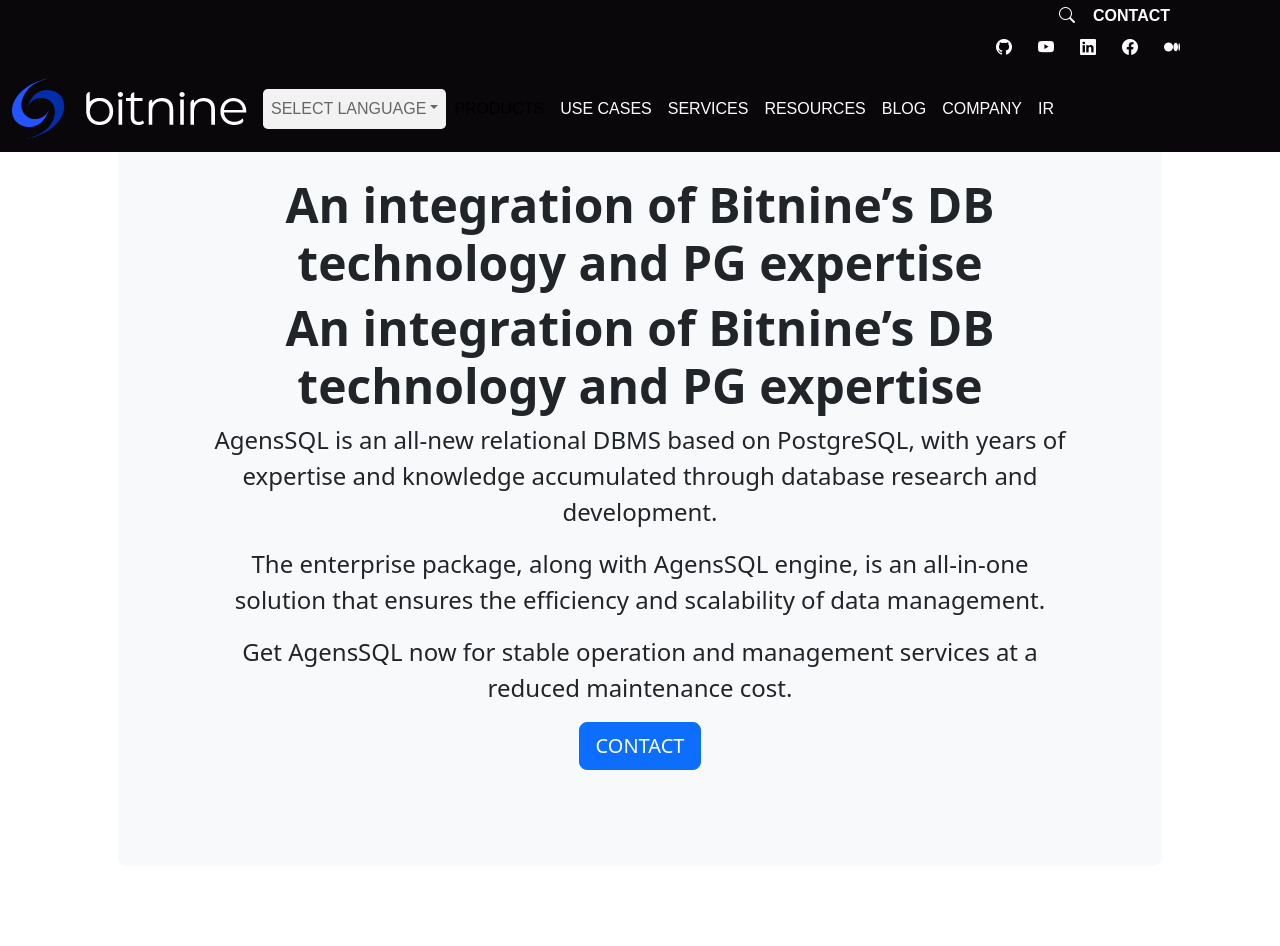
Repository: devblackie/signinpage
Page: /
An editor plug-in stored every save of this project. The page is shown before and after a run of saves, followed by the edit.
The browser window is 1280 px wide. The pictures show the whole page.
Some web fonts or font styles are not loaded; a fallback is used. The project was rebuilt for these pictures with package versions that can differ from the ones it lists, and the page was loaded fresh each time. Also part of the build but not shown: vite.config.js, src/components/Signup.jsx, src/components/Login.jsx, src/components/Dashboard.jsx, src/components/ProtectedDashboard.jsx.

Above is the page before, as saved 2023-08-28 13:31:29.

After the next 2 saves:
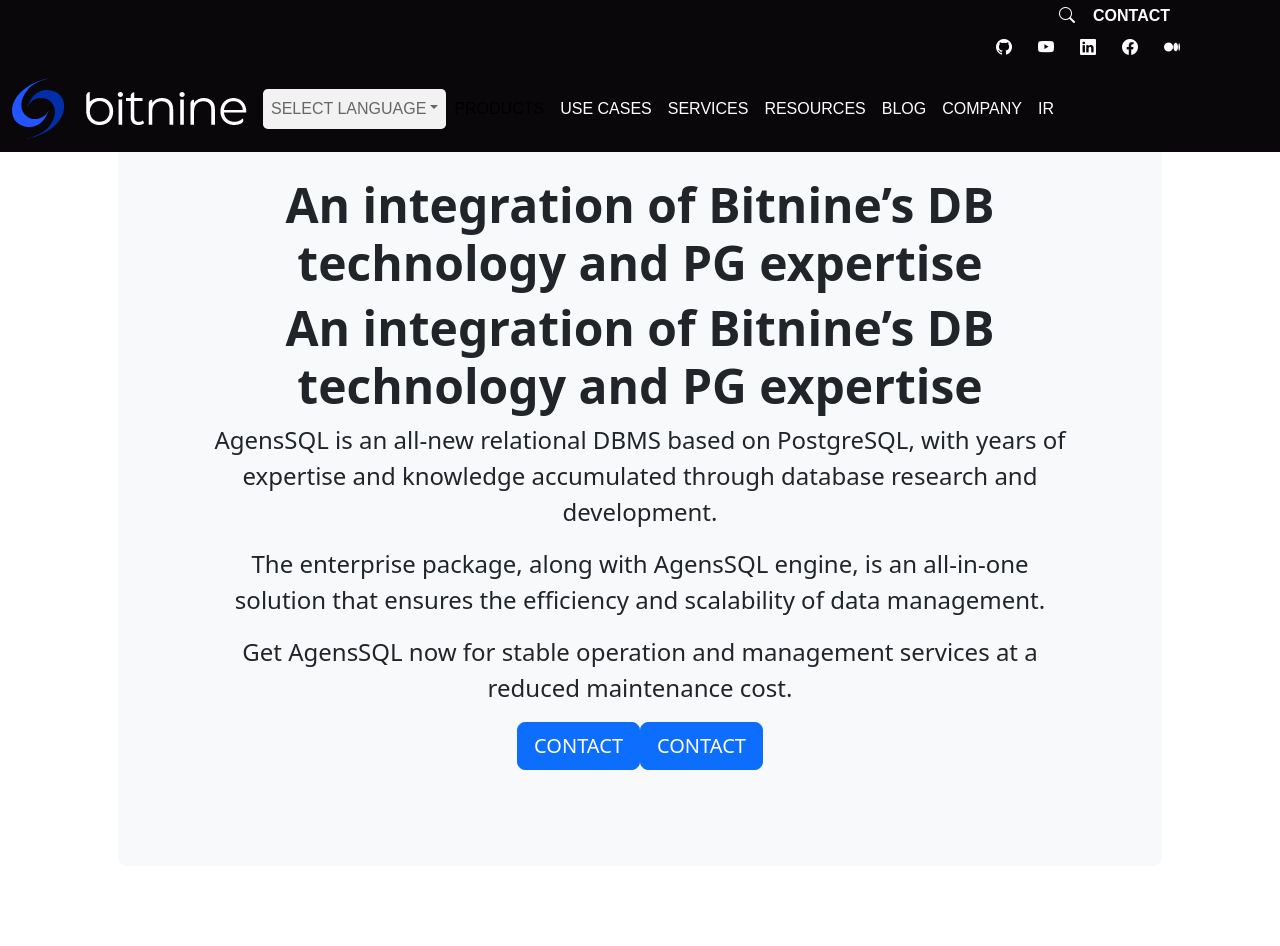
The 2 saves are shown as one change because they came seconds apart.
The last was saved 2 min 35 s later.
--- a/src/components/Home.jsx
+++ b/src/components/Home.jsx
@@ -33,6 +33,9 @@
               <a href="" className="btn btn-primary btn-lg">
                 CONTACT
               </a>
+              <a href="" className="btn btn-primary btn-lg">
+                CONTACT
+              </a>
             </div>
           </div>
         </div>
